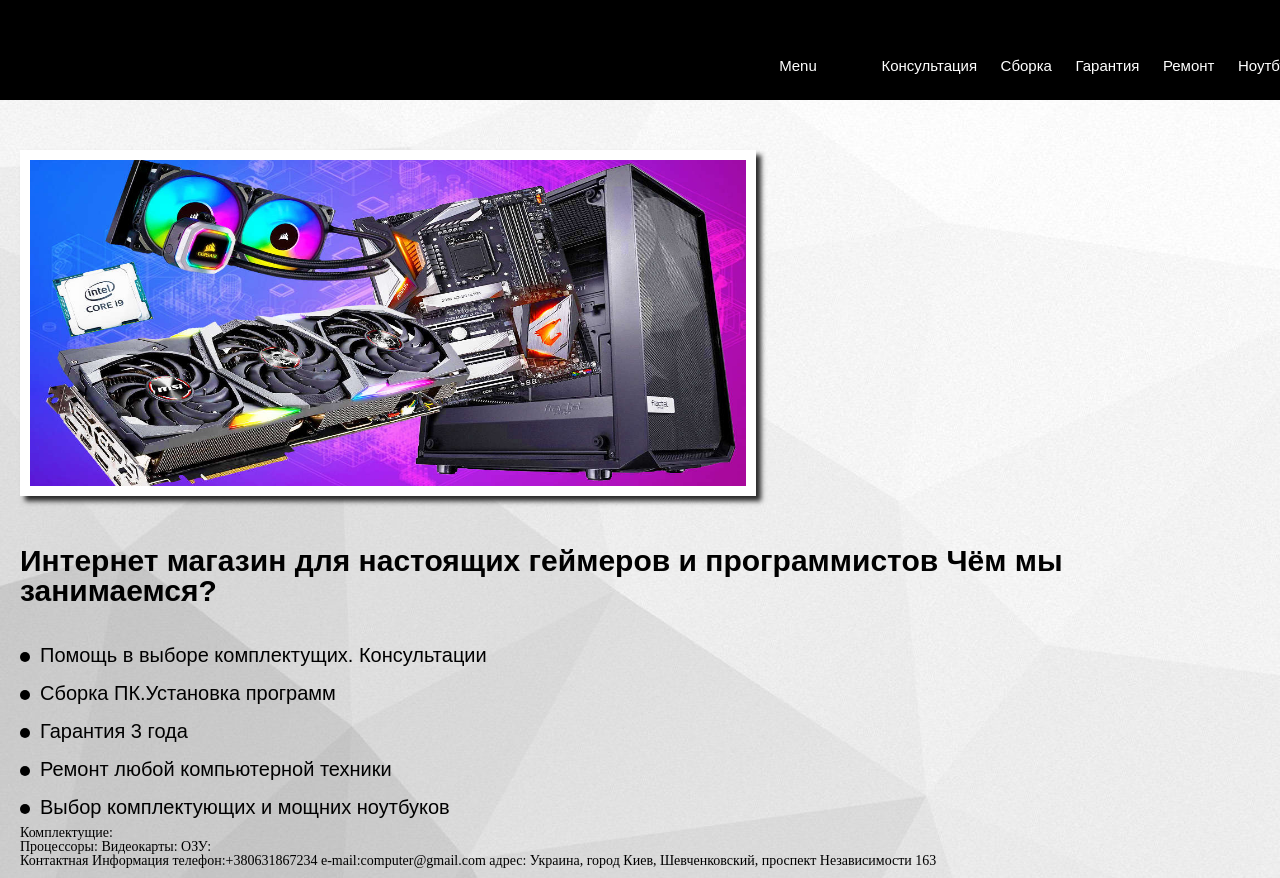
Repository: Bohdan-Sandovenko/First-Project-Flex
Page: index.html
These files come from the project's save history. The page is drawn as it stood at one moment and after the next save; the edit follows.
The browser window is 1280 px wide. The pictures show the whole page.
The style sheet was rebuilt from its Sass, Less or Tailwind sources for each picture, by a compiler version that may differ from the author's.

Above is the page before, as saved 2024-07-28 10:30:44.

After the next save:
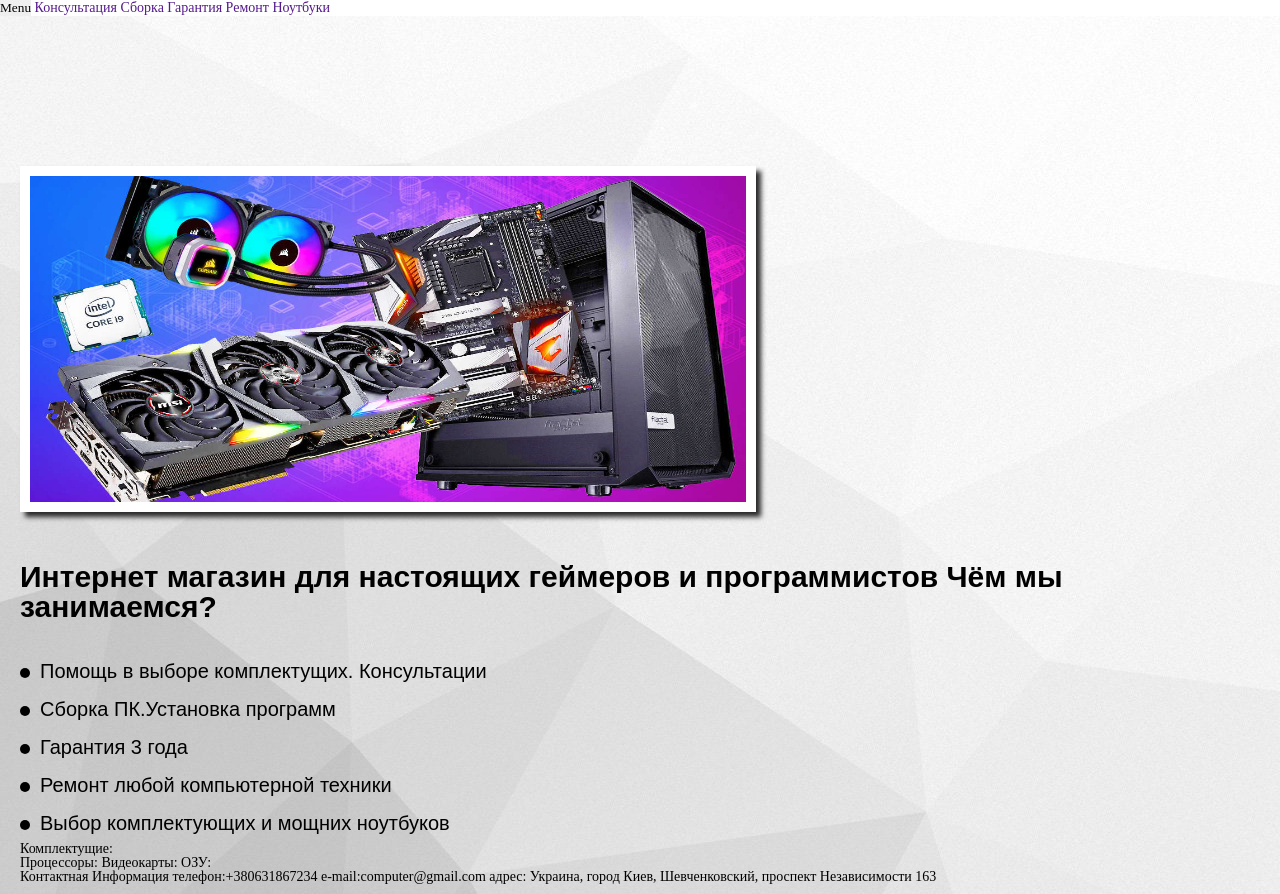
Saved 47 min 55 s later.
--- a/css/style.scss
+++ b/css/style.scss
@@ -8,7 +8,7 @@
 $font-weight-header: 400;
 $back-color-list-before: black;
 
-.top-of-site {
+%styles-link-top .top-of-site {
     width: 100%;
     height: 100px;
     background-color: black;

After the save that followed:
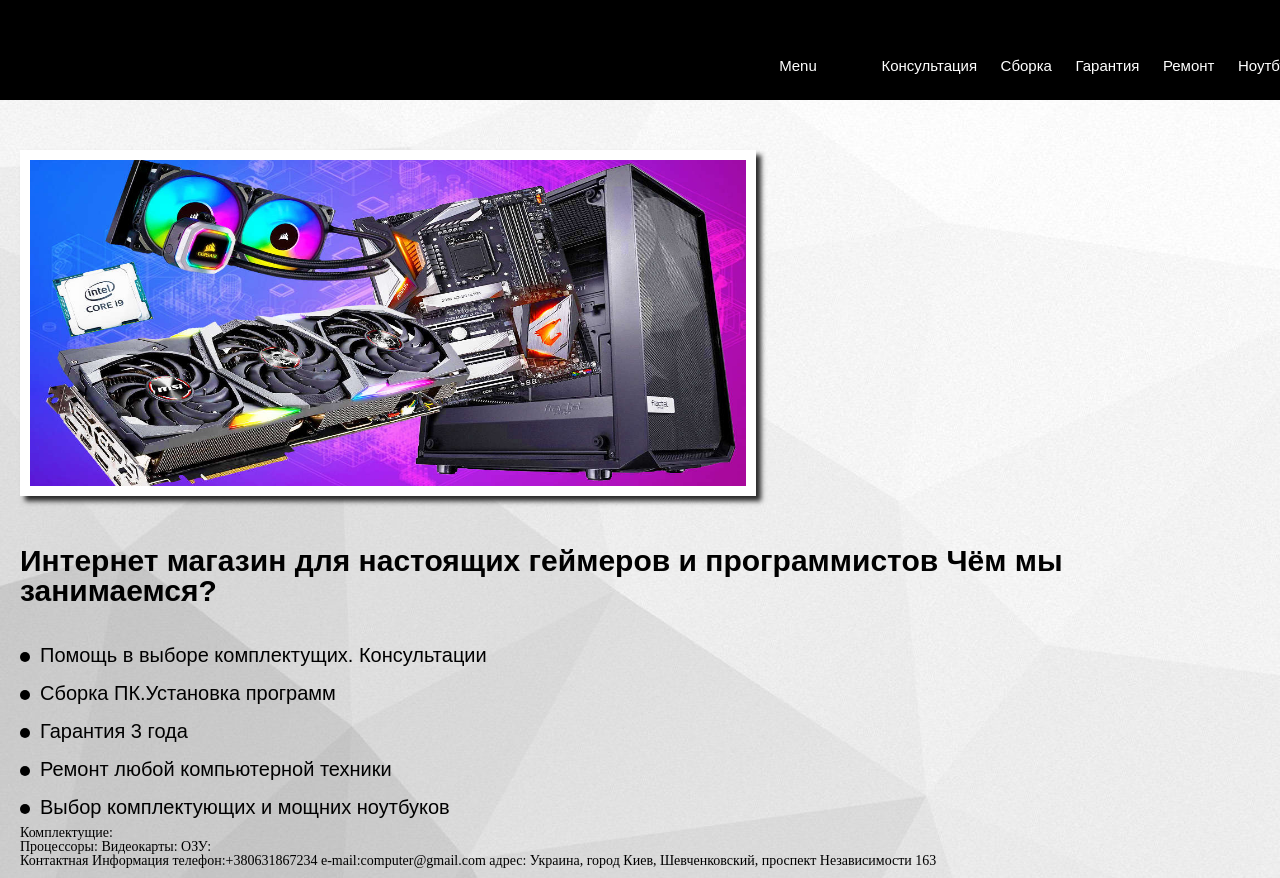
Saved 52 s later.
--- a/css/style.scss
+++ b/css/style.scss
@@ -8,7 +8,9 @@
 $font-weight-header: 400;
 $back-color-list-before: black;
 
-%styles-link-top .top-of-site {
+%styles-link-top {}
+
+.top-of-site {
     width: 100%;
     height: 100px;
     background-color: black;
